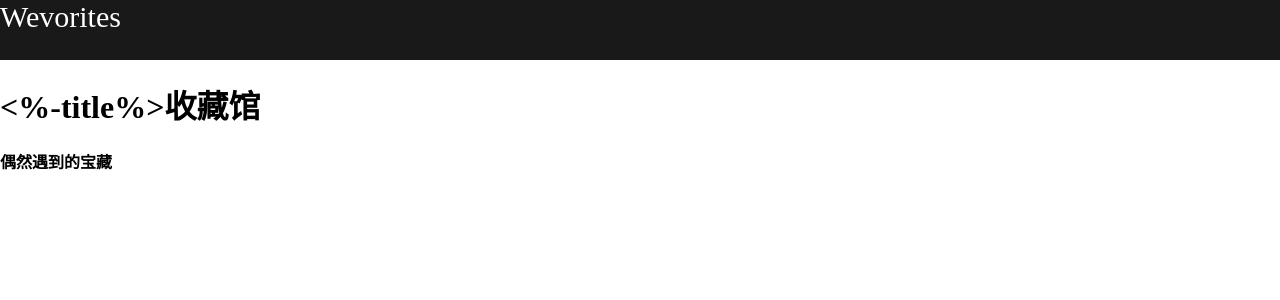
Repository: superhos/wevorites
Page: app/view/show.html
These files come from the project's save history. The page is drawn as it stood at one moment and after the next save; the edit follows.
The browser window is 1280 px wide. The pictures show the whole page.

Above is the page before, as saved 2019-01-03 16:10:21.

### app/view/show.html
<!DOCTYPE html>
<html lang="en">
<head>
    <meta charset="UTF-8">
    <meta name="viewport" content="width=device-width, initial-scale=1.0">
    <meta http-equiv="X-UA-Compatible" content="ie=edge">
    <title><%-title%></title>
    <link rel="stylesheet" href="/public/css/style.css">
    <link href="https://fonts.googleapis.com/css?family=Staatliches" rel="stylesheet">
</head>
<body>
    <!-- 使用模板数据 -->
    <div id="app">
        <header>
            <div class="logo">Wevorites</div>
        </header>
        <div class="title">
            <h1><%-title%>收藏馆</h1>
            <h4>偶然遇到的宝藏</h4>
        </div>
    </div>
    <script src="https://cdn.jsdelivr.net/npm/vue"></script>
    <script>
        var app = new Vue({
            el: '#app',
            data: {
                message: 'Hello Vue!'
            }
        })
    </script>
</body>
</html>

### app/public/css/style.css
html,body {
  margin:0;
  padding:0;
}

header {
  background: #191919;
  height: 60px;
  width: 100%;
  z-index: 5;
}

header .logo {
  float:left;
  color: #FFF;
  text-align: 60px;
  font-size: 30px;
}

After the next save:
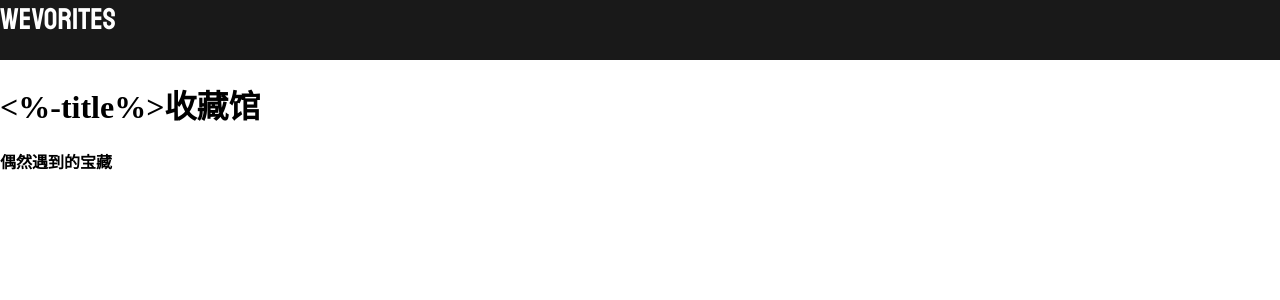
Saved 12 s later.
--- a/app/public/css/style.css
+++ b/app/public/css/style.css
@@ -15,4 +15,5 @@
   color: #FFF;
   text-align: 60px;
   font-size: 30px;
+  font-family: 'Staatliches', cursive;
 }
